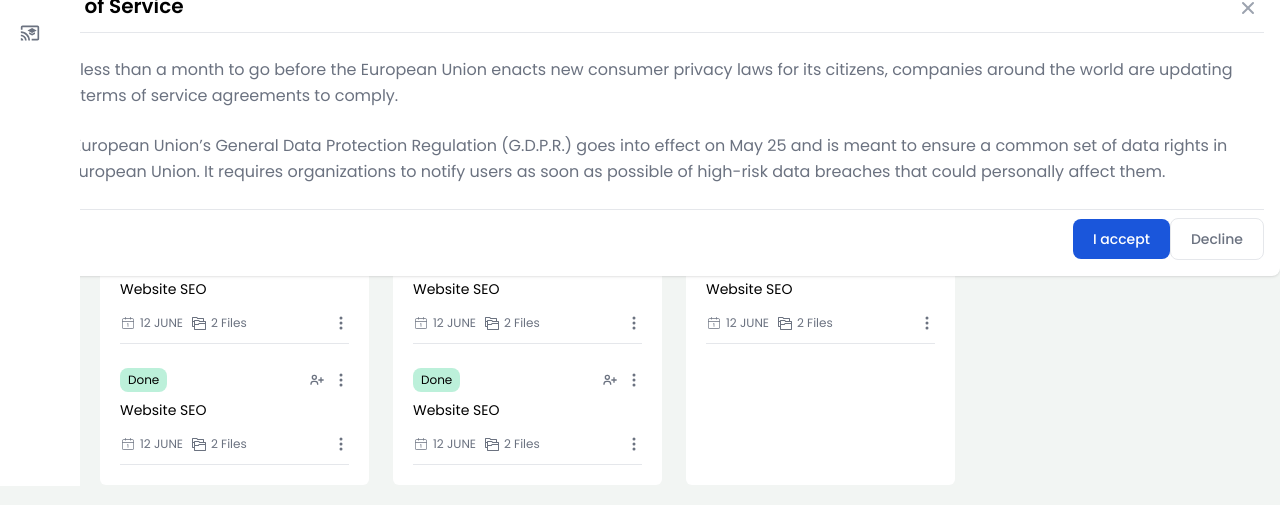
Repository: Shamraiz761/Frontend-Assessment
Page: /, after clicking the first element matching `button.bg-white`
An editor plug-in stored every save of this project. The page is shown before and after the next save, followed by the edit.
The browser window is 1280 px wide. The pictures show the part of the page from y = 234 to 739 px (the page is 739 px tall).
Pictures or frames that could not be fetched are drawn as grey boxes. The project was rebuilt for these pictures with package versions that can differ from the ones it lists, and the page was loaded fresh each time. Also part of the build but not shown: vite.config.js. Imported but missing from the stored project, and not drawn on this page: src/pages/auth/login.

Above is the page before, as saved 2023-06-09 12:45:08.

After the next save:
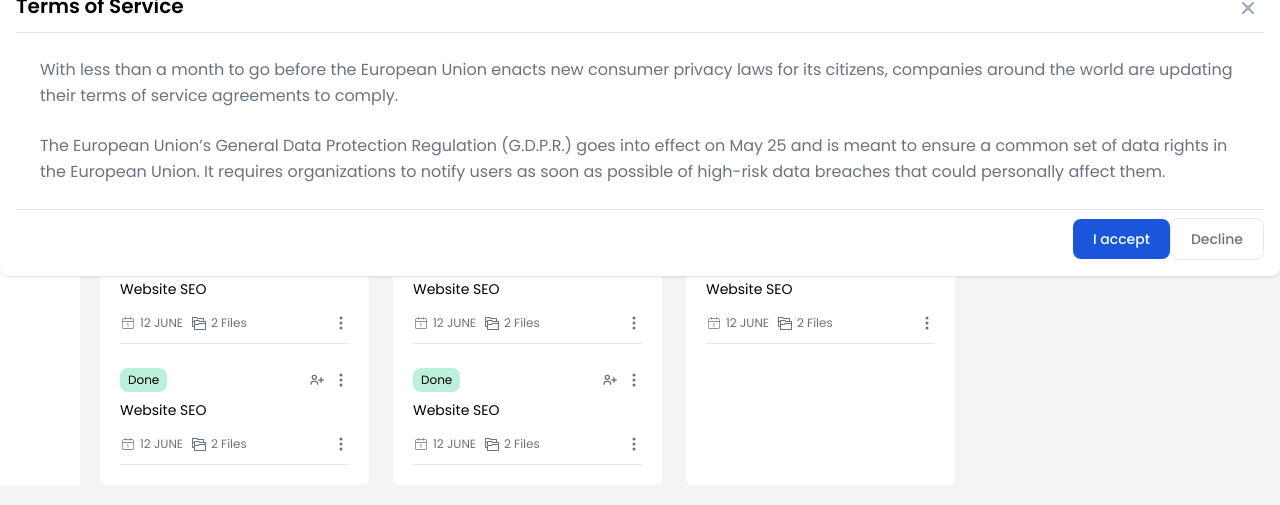
Saved 39 s later.
--- a/src/pages/Dashboard/index.jsx
+++ b/src/pages/Dashboard/index.jsx
@@ -61,7 +61,7 @@ function Home() {
             <h1>Add List</h1>
           </button>
           {isModalOpen && (
-            <div className="fixed top-0 left-0 right-0 bottom-0 flex items-center justify-center">
+            <div className="fixed top-0 left-0 right-0 bottom-0 z-50 flex items-center justify-center">
               <div className="absolute bg-white rounded-lg shadow p-4">
                 {/* Modal header */}
                 <div className="flex items-start justify-between border-b pb-2">
